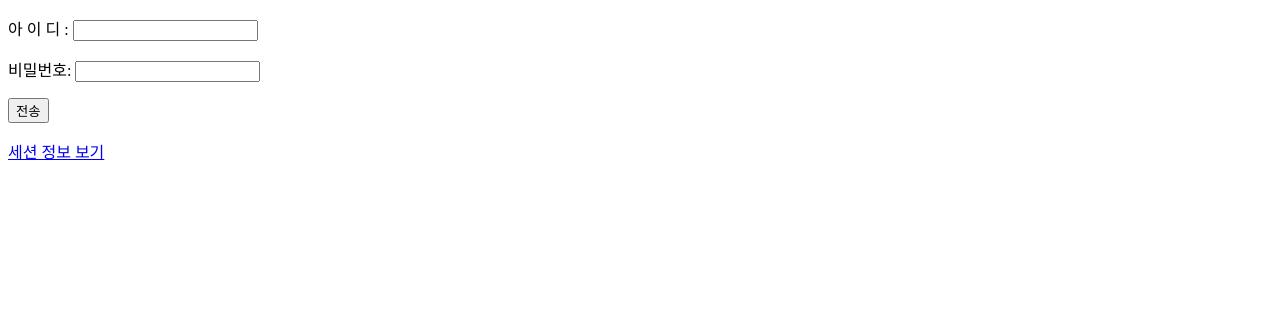
Repository: 6dreamhigh/jsp
Page: http://localhost/JSPBook/ch13/session.jsp
These files come from the project's save history. The page is drawn as it stood at one moment and after the next save; the edit follows.
The browser window is 1280 px wide. The pictures show the whole page.
The page is served by Tomcat 9.

Above is the page before, as saved 2024-08-13 05:50:00.

After the next save:
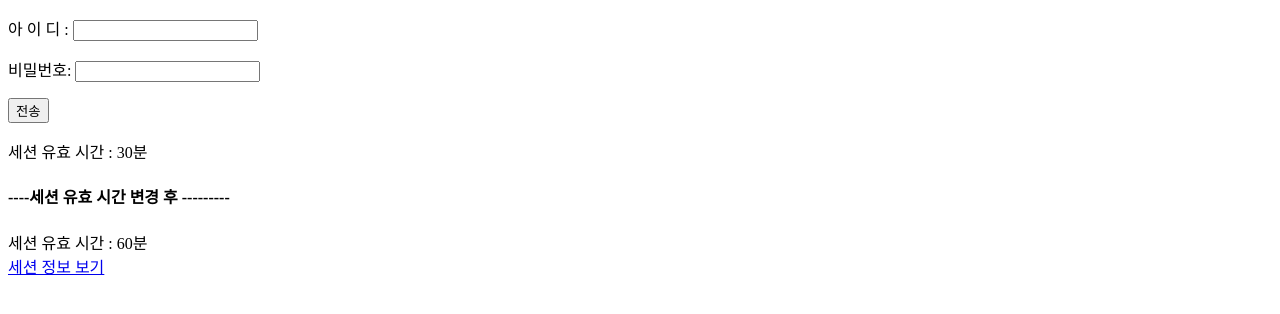
Saved 30 min 26 s later.
--- a/JSPBook/src/main/webapp/ch13/session.jsp
+++ b/JSPBook/src/main/webapp/ch13/session.jsp
@@ -20,7 +20,15 @@
 		session.setAttribute("id",id);
 		session.setAttribute("passwd",passwd);
 
-		session.invalidate();
+		int time = session.getMaxInactiveInterval() / 60;
+		out.println("세션 유효 시간 : "+ time+"분<br>");
+		%>
+
+		<h4> ----세션 유효 시간 변경 후 ---------</h4>
+		<%
+		session.setMaxInactiveInterval(60 * 60);
+		time = session.getMaxInactiveInterval() /60;
+		out.println("세션 유효 시간 : "+time +"분<br>");
 
 		out.println("<a href='session02.jsp'>세션 정보 보기 </a>");
 
